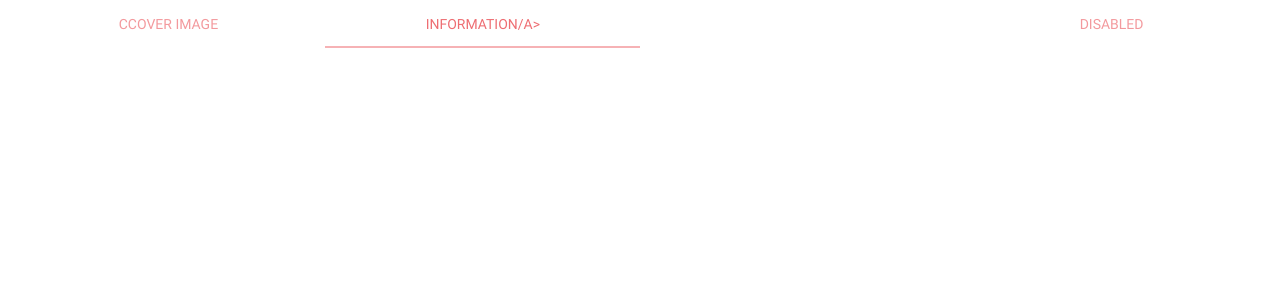
Repository: h8130084/bookReview
Page: http://localhost/
The author's editor kept a record of every edit. The page is drawn from the files as they stood at one moment, then again after the next edit.
The browser window is 1280 px wide. The pictures show the whole page.
Some web libraries are served in a nearby version. The page is served by the project's application, run on Flask 3 (app.py). Queries for data that is not in the repository find no rows.

Above is the page before.
Console error: ReferenceError: M is not defined

### templates/books.html
{% extends 'base.html' %}
{% block content %}

    {% for book in books%}
    {{book.Title}}
    {{book.Author}}
    {{book.Genre}}
    {{book.Image_URL}}
    {{book.Amazon}}
    {{book.upvote}}
    <!--{{book.Review}}-->
    {% endfor %}


<div class="row">
    <div class="col s12">
      <ul class="tabs">
        <li class="tab col s3"><a href="#test1">cCover Image</a></li>
        <li class="tab col s3"><a class="active" href="#test2">Information/a></li>
        <li class="tab col s3 "><a href="#test3">Review</a></li>
        <li class="tab col s3 disabled"><a href="#test4"> disabled</a></li>
      </ul>
    </div>
    <div id="test1" class="col s12">Test 1</div>
    <div id="test2" class="col s12">Test 2</div>
    <div id="test3" class="col s12">Test 3</div>
    <div id="test4" class="col s12">Test 4</div>
  </div>

{% endblock %}

### templates/base.html
<!DOCTYPE html>
<html lang="en">

<head>
    <meta charset="UTF-8">
    <meta name="viewport" content="width=device-width, initial-scale=1.0">
    <meta http-equiv="X-UA-Compatible" content="ie=edge">

    <link href="https://fonts.googleapis.com/icon?family=Material+Icons" rel="stylesheet">
    <link href="https://fonts.googleapis.com/css?family=Raleway&display=swap" rel="stylesheet">
    <link rel="stylesheet" href="https://cdnjs.cloudflare.com/ajax/libs/materialize/0.100.2/css/materialize.min.css">

    <title>Document</title>
</head>

<body>

    {% block content %} {% endblock %}

    <script src="https://cdnjs.cloudflare.com/ajax/libs/jquery/3.2.1/jquery.min.js"></script>
    <script src="https://cdnjs.cloudflare.com/ajax/libs/materialize/0.100.2/js/materialize.min.js"></script>
    <script>
        var instance = M.Tabs.init(el, options);
        // Or with jQuery
        $(document).ready(function() {
            $('.tabs').tabs();
        });
    </script>

</body>


</html>

### app.py
import os
from flask import Flask, render_template, redirect, request, url_for
from flask_pymongo import PyMongo
from bson.objectid import ObjectId

app = Flask(__name__)

app.config["MONGO_DBNAME"] = 'book_review'
app.config["MONGO_URI"] = 'mongodb+srv://root:PASSWORD@myfirstcluster-mi7s3.mongodb.net/book_review?retryWrites=true&w=majority'


mongo = PyMongo(app)

@app.route('/')
@app.route('/ get_books')
def get_books():
     return render_template("books.html", books=mongo.db.book_details.find())


if __name__ == '__main__':
    app.run(host=os.environ.get('IP'),
    port=int(os.environ.get('PORT')),
    debug=True)

After the next edit:
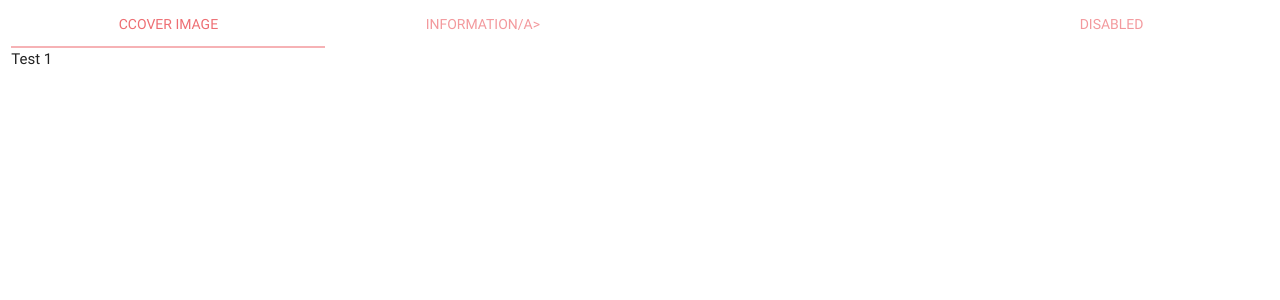
The edit:
--- a/templates/books.html
+++ b/templates/books.html
@@ -15,8 +15,8 @@
 <div class="row">
     <div class="col s12">
       <ul class="tabs">
-        <li class="tab col s3"><a href="#test1">cCover Image</a></li>
-        <li class="tab col s3"><a class="active" href="#test2">Information/a></li>
+        <li class="tab col s3"><a class="active"href="#test1">cCover Image</a></li>
+        <li class="tab col s3"><a  href="#test2">Information/a></li>
         <li class="tab col s3 "><a href="#test3">Review</a></li>
         <li class="tab col s3 disabled"><a href="#test4"> disabled</a></li>
       </ul>
